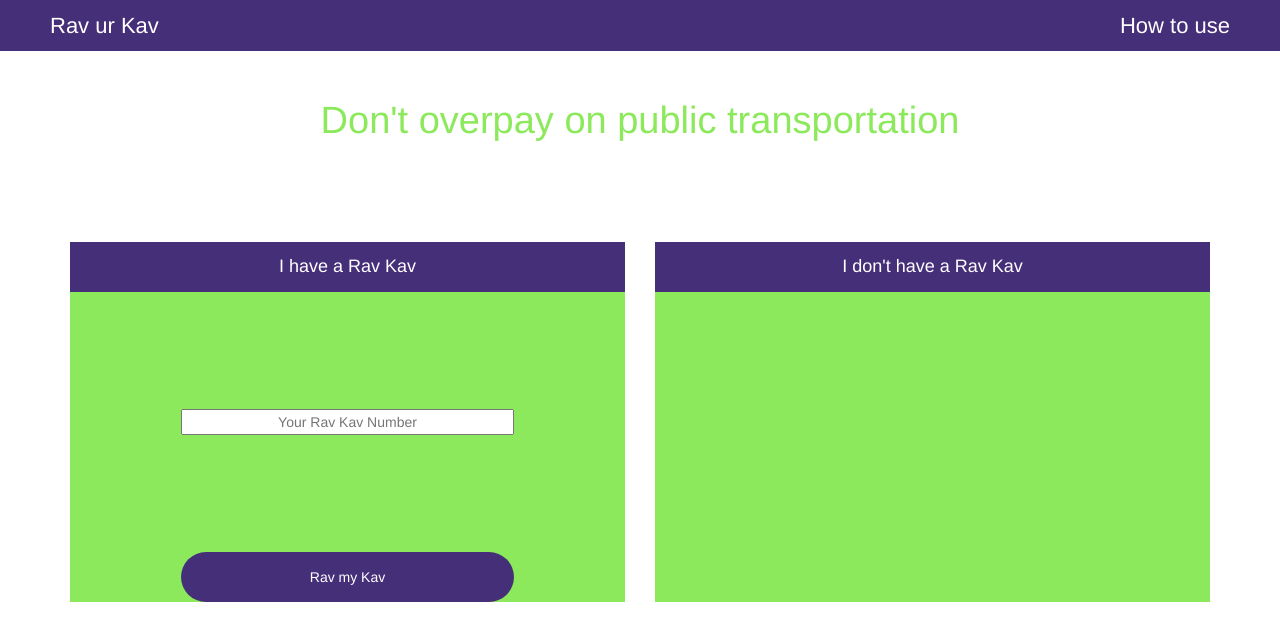
Repository: Louhla/Rav-ur-Kav
Page: index.html
The author's editor kept a copy of each file at every save. The page is drawn from the files as they stood at one save, then again after a run of saves.
The browser window is 1280 px wide. The pictures show the whole page.

Above is the page before, as saved 2019-07-17 15:01:48.

After the next 5 saves:
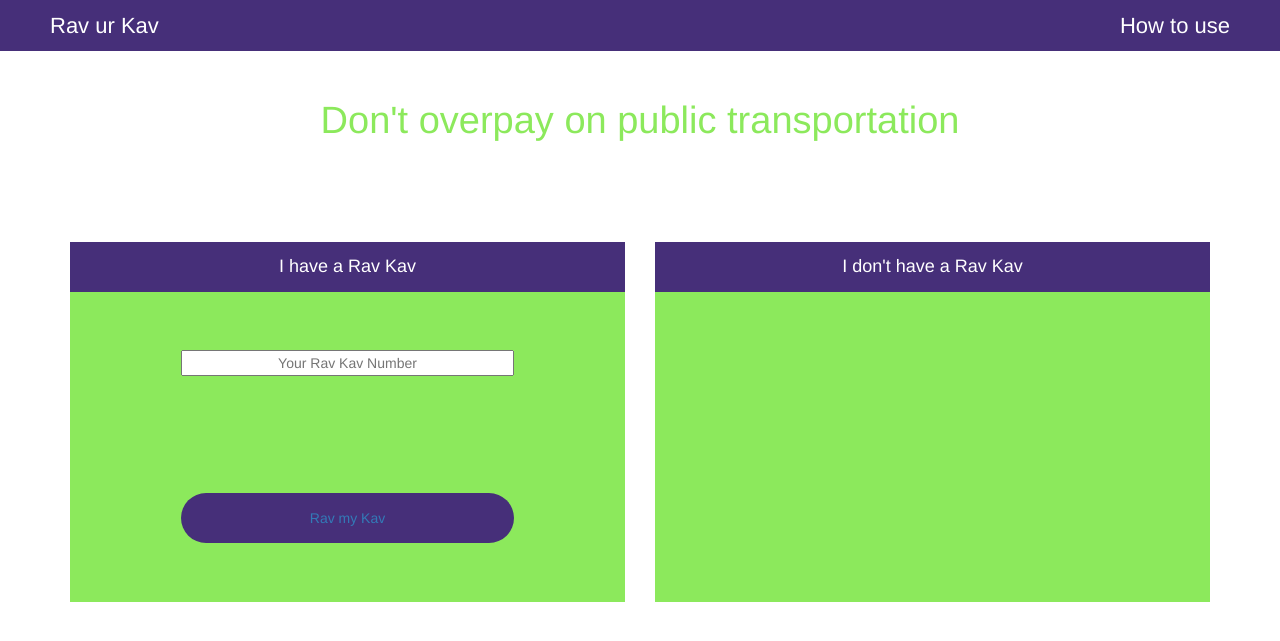
The 5 saves are shown as one change because they came seconds apart.
The last was saved 5 min 45 s later.
--- a/index.html
+++ b/index.html
@@ -31,7 +31,7 @@
                 <div class="existing-user">
                     <h4>I have a Rav Kav</h4>
                         <input id="rav-kav-number" type=text placeholder="Your Rav Kav Number"></input>
-                        <a href="#"><button id="rav-kav-number-button">Rav my Kav</button></a>
+                        <button id="rav-kav-number-button"><a href="#">Rav my Kav</a></button>
                 </div>
             </div>
             <div class="col-md-6">
